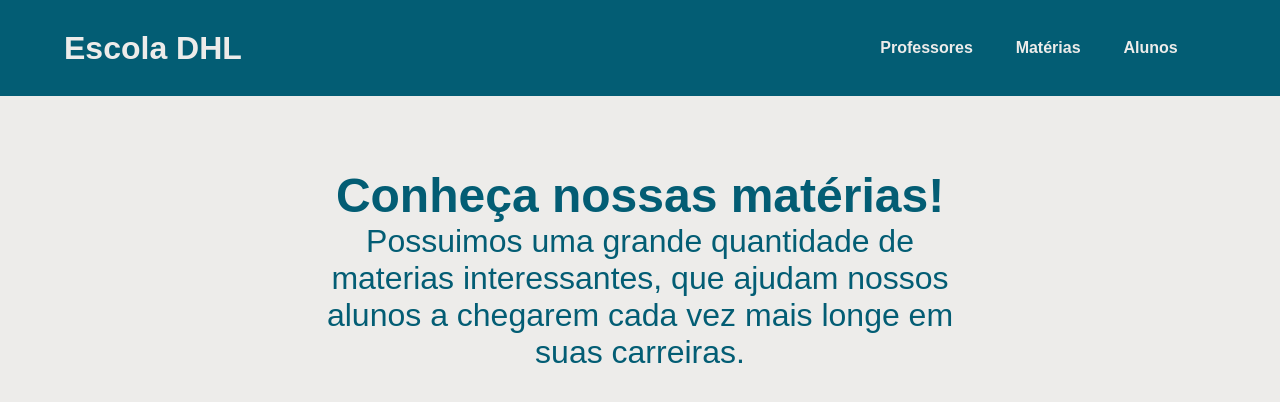
Repository: SirHick/sa-sistema-escola-DHL
Page: front/materias.html
An editor plug-in stored every save of this project. The page is shown before and after the next save, followed by the edit.
The browser window is 1280 px wide. The pictures show the whole page.

Above is the page before, as saved 2026-07-17 16:23:30.

After the next save:
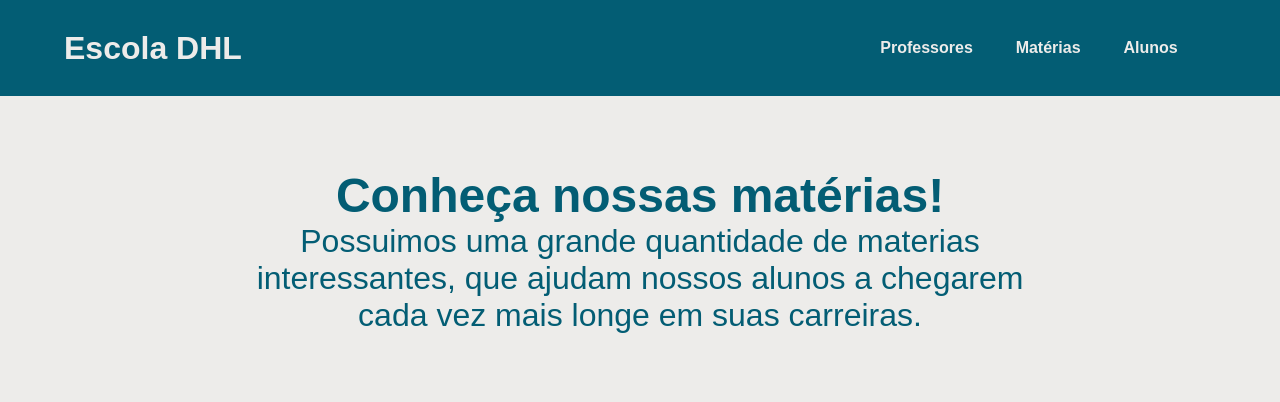
Saved 31 s later.
--- a/front/style.css
+++ b/front/style.css
@@ -71,7 +71,7 @@ header nav a{
     text-align: center;
     margin-top: 10vh;
     font-size: 2rem;
-    max-width: 50vw;
+    max-width: 60vw;
     justify-self: center;
 }
 
